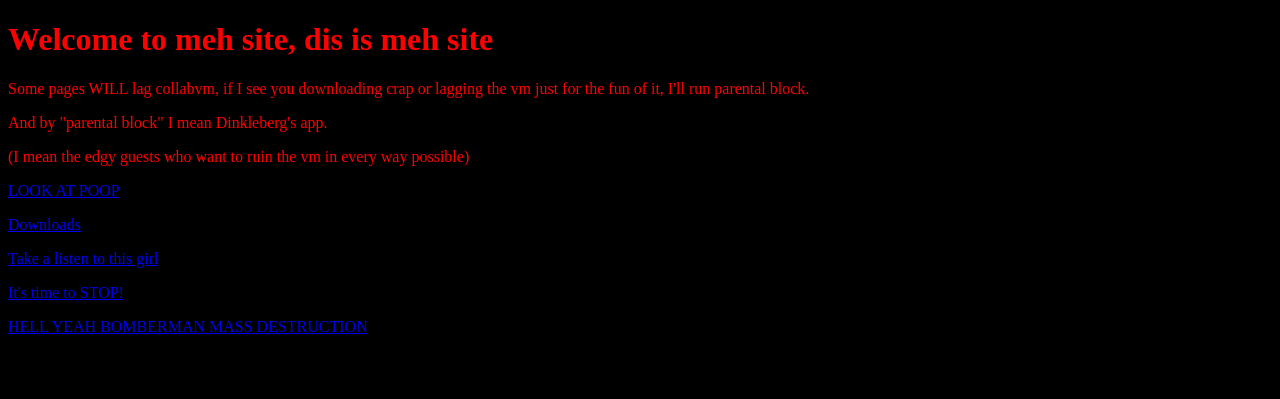
Repository: classyjakey/2003ryans.github.io
Page: index.html
The author's editor kept a record of every edit. The page is drawn from the files as they stood at one moment, then again after the next edit.
The browser window is 1280 px wide. The pictures show the whole page.

Above is the page before.

After the next edit:
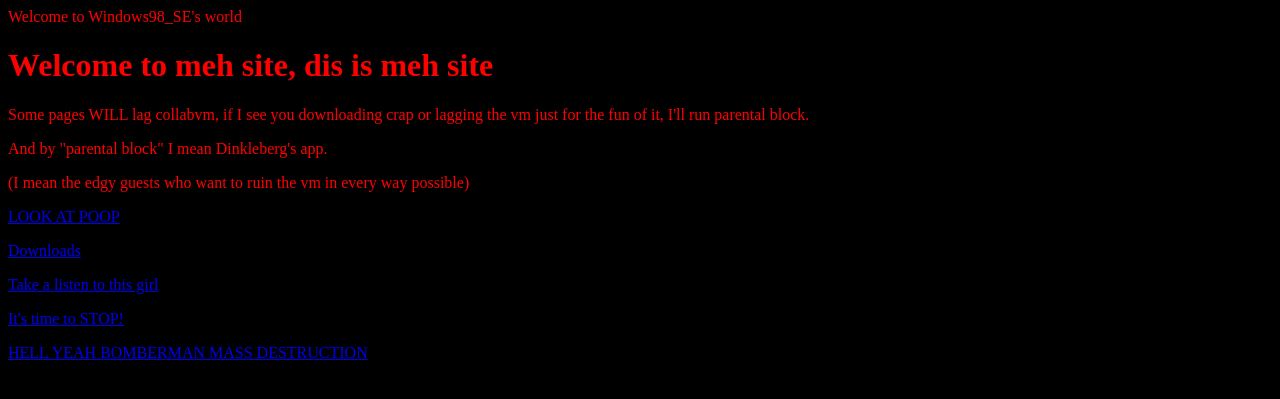
The edit:
--- a/index.html
+++ b/index.html
@@ -1,5 +1,6 @@
 <!DOCTYPE html>
 <html>
+<head>Welcome to Windows98_SE's world</head>
 <body text="red">
 <body bgcolor="#000000">
 
